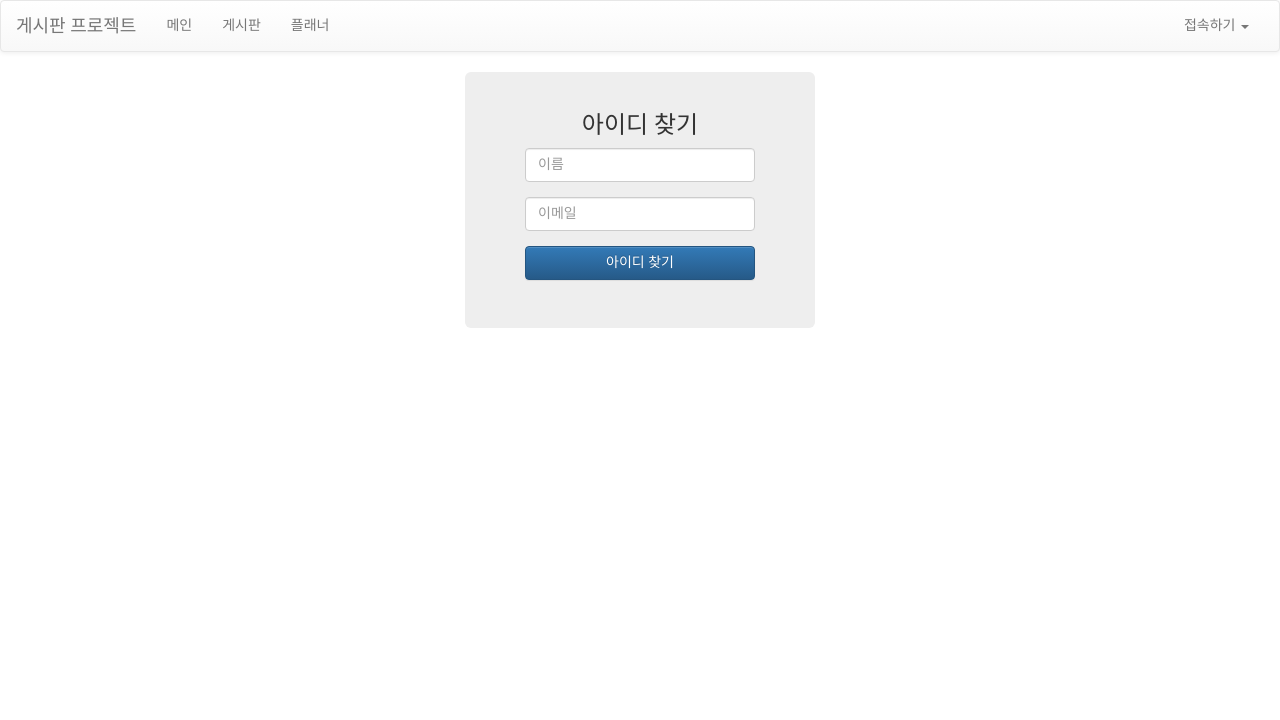
Repository: Seok7975/Project_PlannerSharingBoard
Page: http://localhost/ToDoList공유_게시판_ver3/id/findId.jsp
The author's editor kept a copy of each file at every save. The page is drawn from the files as they stood at one save, then again after the next save.
The browser window is 1280 px wide. The pictures show the whole page.
Some web fonts or font styles are not loaded; a fallback is used. Some web libraries are served in a nearby version. The page is served by Tomcat 9. Other server files are loaded and not shown.

Above is the page before, as saved 2024-07-05 07:27:50.

### List_Projects_ver3/ToDoList공유 게시판_ver3/src/main/webapp/id/findId.jsp
<%@ page language="java" contentType="text/html; charset=UTF-8"
    pageEncoding="UTF-8"%>
<!DOCTYPE html>
<html>
<head>
<meta http-equiv="Content-Type" content="text/html; charset=UTF-8">
<meta name="viewport" content="width=device-width, initial-scale=1">
<!-- Latest compiled and minified CSS -->
<link rel="stylesheet" href="https://cdn.jsdelivr.net/npm/bootstrap@3.3.7/dist/css/bootstrap.min.css" integrity="sha384-BVYiiSIFeK1dGmJRAkycuHAHRg32OmUcww7on3RYdg4Va+PmSTsz/K68vbdEjh4u" crossorigin="anonymous">
<!-- Optional theme -->
<link rel="stylesheet" href="https://cdn.jsdelivr.net/npm/bootstrap@3.3.7/dist/css/bootstrap-theme.min.css" integrity="sha384-rHyoN1iRsVXV4nD0JutlnGaslCJuC7uwjduW9SVrLvRYooPp2bWYgmgJQIXwl/Sp" crossorigin="anonymous">

<link rel="stylesheet" href="css/bbsStyle.css"> <!-- 외부 CSS 파일 참조 -->
<!-- jQuery (necessary for Bootstrap's JavaScript plugins) -->
<script src="https://code.jquery.com/jquery-3.1.1.min.js"></script>
<!-- Latest compiled and minified JavaScript -->
<script src="https://cdn.jsdelivr.net/npm/bootstrap@3.3.7/dist/js/bootstrap.min.js" integrity="sha384-Tc5IQib027qvyjSMfHjOMaLkfuWVxZxUPnCJA7l2mCWNIpG9mGCD8wGNIcPD7Txa" crossorigin="anonymous"></script>
<link rel="stylesheet" href="css/jumbotronCustom.css">
<title>아이디 찾기</title>
</head>
<body>
	<nav class="navbar navbar-default">
		<div class="container-fluid">
			<div class="navbar-header">
					<button type="button" class="navbar-toggle collapsed" data-toggle="collapse" data-target="#bs-example-navbar-collapse-1" aria-expanded="false">
					<span class="sr-only">Toggle navigation</span>
					<span class="icon-bar"></span>
					<span class="icon-bar"></span>
					<span class="icon-bar"></span>
				</button>
				<a class="navbar-brand" href="../main.jsp">게시판 프로젝트</a>
			</div>
			<div class="collapse navbar-collapse" id="bs-example-navbar-collapse-1">
				<ul class="nav navbar-nav">
					<li><a href="../main.jsp">메인</a></li>
					<li><a href="../bbs.jsp">게시판</a></li>
					<li><a href="../planner/planner.jsp">플래너</a></li>
				</ul>
				<ul class="nav navbar-nav navbar-right">
					<li class="dropdown">
						<a href="#" class="dropdown-toggle" data-toggle="dropdown" role="button" aria-haspopup="true" aria-expanded="false">접속하기 <span class="caret"></span></a>
						<ul class="dropdown-menu">
							<li><a href="login.jsp">로그인</a></li>
							<li><a href="join.jsp">회원가입</a></li>
<!-- 							<li class="active"><a href="findID.jsp">아이디 찾기</a></li>
							<li><a href="findPassword.jsp">비밀번호 찾기</a></li> -->
						</ul>
					</li>
				</ul>
			</div>
		</div>
	</nav>
	<div class="container">
		<div class="col-lg-4"></div>
		<div class="col-lg-4">
			<div class="jumbotron" style="padding-top: 20px;">
				<form method="post" action="findIdAction.jsp">
					<h3 style="text-align: center;">아이디 찾기</h3>
					<div class="form-group">
						<input type="text" class="form-control" placeholder="이름" id="userName" name="userName" required maxlength="20">
					</div>
					<div class="form-group">
						<input type="email" class="form-control" placeholder="이메일" id="userEmail" name="userEmail" required maxlength="50">
					</div>
					<div>
						<input type="submit" class="btn btn-primary form-control" value="아이디 찾기">
					</div>
				</form>
			</div>
		</div>
		<div class="col-lg-4"></div>
	</div>
</body>
</html>

### List_Projects_ver3/ToDoList공유 게시판_ver3/src/main/webapp/css/bbsStyle.css
@charset "UTF-8";
/* body {
     background-color: #e0f7fa;   생동감 있는 옅은 파란색 배경
} */

/* 네비게이션 바를 상단에 고정 */
.navbar-fixed-top {
    position: fixed;
    top: 0;
    width: 100%;
    z-index: 1000;
}


/* 왼쪽 사이드바 스타일 */
.sidebar {
    position: fixed;
    top: 50px; /* 네비게이션 바 높이만큼 아래로 내림 */
    left: 0;
    width: 155px;
    height: calc(100% - 50px); /* 네비게이션 바 높이만큼 줄임 */
    background-color: #f8f8f8;
    padding-top: 20px;
    border-right: 1px solid #ddd;
    transition: width 0.3s ease, opacity 0.3s ease; /* 사이드바 너비와 투명도 변화 애니메이션 */
    /* overflow: hidden; */
}

/* 작은 화면에서 사이드바 숨기기 */
@media (max-width: 768px) {
    .sidebar {
        left: -250px;
    }
}

/* 사이드바가 보일 때 클래스 */
.sidebar.show {
    left: 0;
}

        /* 메인 콘텐츠 스타일 */
        .main-content {
            margin-left: 250px; /* 기본 사이드바 너비만큼 마진 */
            transition: margin-left 0.3s;
        }

        /* 작은 화면에서 메인 콘텐츠 마진 조정 */
        @media (max-width: 768px) {
            .main-content {
                margin-left: 0;
            }
        }

.sidebar a {
    display: block;
    color: black;
    padding: 16px;
    text-decoration: none;
}

.sidebar a:hover {
    background-color: #ddd;
    color: black;
}

.sidebar .dropdown-menu {
    display: none;
    position: static;
    float: none;
    background-color: #f8f8f8;
    border: none;
    box-shadow: none;
}

.sidebar .dropdown:hover .dropdown-menu {
    display: block;
    animation: slideDown 0.3s ease-in-out; /* 슬라이딩 애니메이션 추가 */
}

    /* 사이드바가 사라질 때의 스타일 */
    .sidebar.hidden {
        width: 0;
        opacity: 0;
        overflow: hidden;
    }

    /* 메인 콘텐츠가 확장될 때의 스타일 */
    .main-content.expanded {
        margin-left: 0;
    }

@keyframes slideDown {
    0% {
        opacity: 0;
        transform: translateY(-10px);
    }
    100% {
        opacity: 1;
        transform: translateY(0);
    }
}


/* 드롭다운 메뉴가 커서를 가져다 대기만 해도 열리도록 설정 */
.navbar-nav > li.dropdown:hover > .dropdown-menu {
    display: block;
    animation: slideDown 0.3s ease-in-out; /* 슬라이딩 애니메이션 추가 */
}

.category-title {
    font-size: 24px; /* 텍스트 크기 */
    font-weight: bold; /* 텍스트 굵기 */
    margin-bottom: 20px; /* 아래쪽 여백 */
    /* text-align: center; */ /* 가운데 정렬 */
    /* color: #333; */ /* 텍스트 색상 */
}


a, a:hover {
    color : #000000;
    text-decoration: none;
}

.table {
    width: 100%;
    table-layout: fixed;
    border-collapse: collapse;
}

.table th.number-col {
    width: 8%;
}
.table th.title-col {
    width: 45%;
}
.table th.writer-col {
    width: 14%;
}

.table th.date-col {
	width: 15%;
}

.table th.viewCount-col {
	width: 8%;
}

.table th, .table td {
	/* border: 1px solid #ddd; */
	white-space: nowrap;
	overflow: hidden;
	text-overflow: ellipsis;
}

.table td {
    text-align: center;
    /* border: 1px solid #dddddd; */
       background-color: #fefefe;
}

### List_Projects_ver3/ToDoList공유 게시판_ver3/src/main/webapp/css/jumbotronCustom.css

@import url(http://fonts.googleapis.com/earlyaccess/nanumgothic.css);
@import url(http://fonts.googleapis.com/earlyaccess/hanna.css);
* {
	font-family : 'Nanum Gothic';
}

h1 {
	font-family : 'Hanna';
}

After the next save:
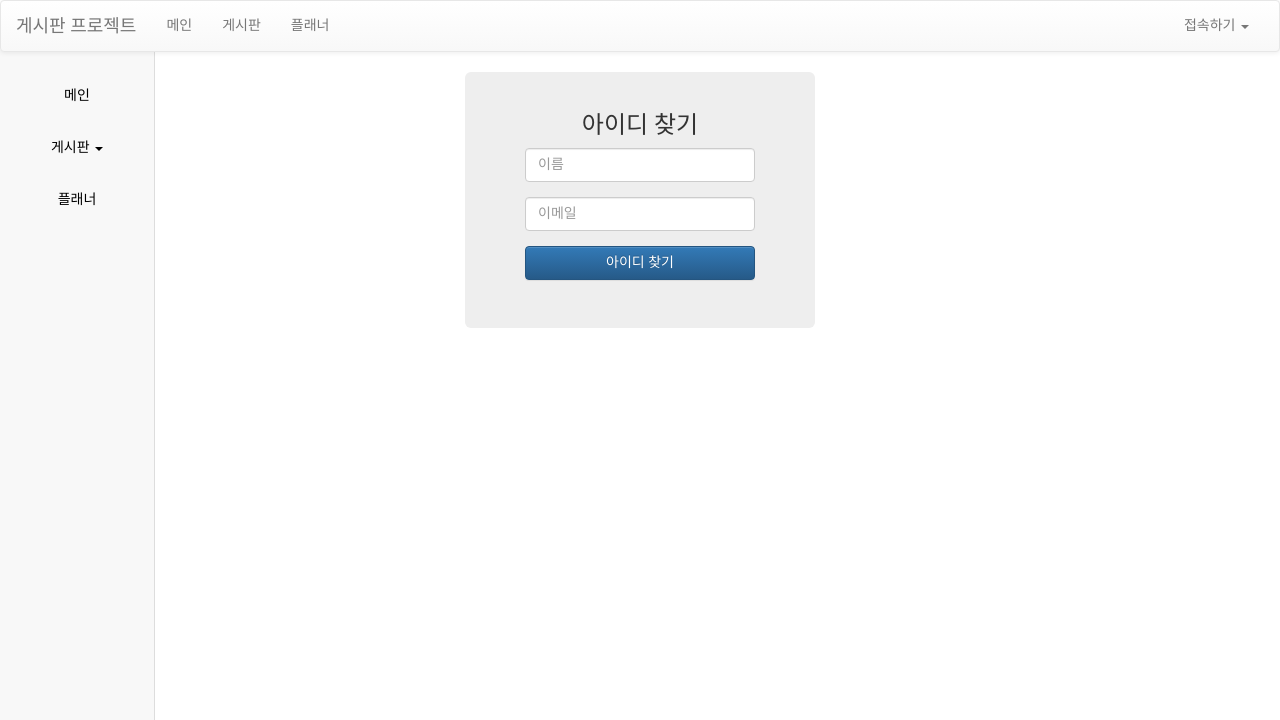
Saved 3 min 26 s later.
--- a/List_Projects_ver3/ToDoList공유 게시판_ver3/src/main/webapp/id/findId.jsp
+++ b/List_Projects_ver3/ToDoList공유 게시판_ver3/src/main/webapp/id/findId.jsp
@@ -19,6 +19,19 @@
 <title>아이디 찾기</title>
 </head>
 <body>
+    <div class="sidebar">
+        <a href="../main.jsp" style="text-align: center;">메인</a>
+        <div class="dropdown">
+            <a href="../bbs.jsp?bbsCategory=all" style="text-align: center;">게시판 <span class="caret"></span></a>
+            <ul class="dropdown-menu">
+                <li><a href="../bbs.jsp?bbsCategory=all" style="text-align: center;">전체글보기</a></li>
+                <li><a href="../bbs.jsp?bbsCategory=free" style="text-align: center;">자유게시판</a></li>
+                <li><a href="../bbs.jsp?bbsCategory=study" style="text-align: center;">공부게시판</a></li>
+                <li><a href="../bbs.jsp?bbsCategory=exercise" style="text-align: center;">운동게시판</a></li>
+            </ul>
+        </div>
+        <a href="planner/planner.jsp" style="text-align: center;">플래너</a>
+    </div>
 	<nav class="navbar navbar-default">
 		<div class="container-fluid">
 			<div class="navbar-header">
